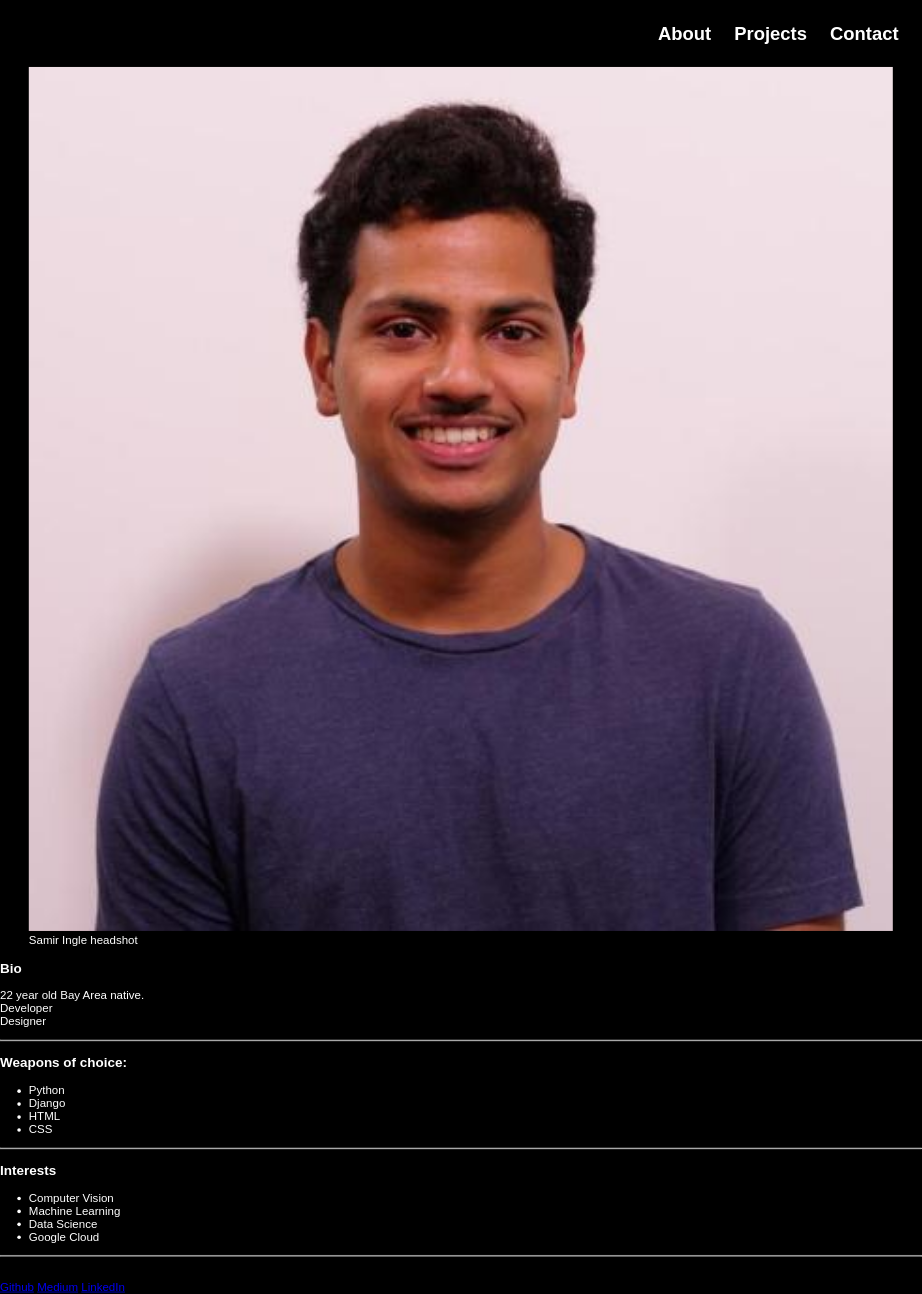
Repository: SamirIngley/html-semantic
Page: about.html
The author's editor kept a copy of each file at every save. The page is drawn from the files as they stood at one save, then again after the next save.
The browser window is 1280 px wide. The pictures show the whole page, at 72% of full size.

Above is the page before, as saved 2020-01-28 17:21:08.

### about.html
<!DOCTYPE html>
<html lang="en">
<head>
    <meta charset="UTF-8">
    <meta name="viewport" content="width=device-width, initial-scale=1.0">
    <meta http-equiv="X-UA-Compatible" content="ie=edge">
    <link href="style.css" rel="stylesheet">
    <title>Samir.</title>
</head>
<body>

</body>
</html>
<header>
    <nav>
        <ul>
            <li><a href="#">About</a></li>
            <li><a href="#">Projects</a></li>
            <li><a href="#">Contact</a></li>
            </ul>
    </nav>
</header>
<figure>
        <img src="images/prof_pic.jpeg" alt="samir-profile-pic" style="width:100%;">
        <figcaption>Samir Ingle headshot</figcaption>
    </figure>

    <article>
        <h3>Bio</h3>
        <p>
        22 year old Bay Area native.
        <br>
        Developer
        <br>
        Designer
        </p>
    </article>
    <hr>
        <section>
            <h3>Weapons of choice:</h3>
            <ul>
                <li>Python</li>
                <li>Django</li>
                <li>HTML</li>
                <li>CSS</li>
            </ul>
        </section>
        <hr>
        <section>
            <h3>Interests</h3>
            <ul>
                <li>Computer Vision</li>
                <li>Machine Learning</li>
                <li>Data Science</li>
                <li>Google Cloud</li>
            </ul>
        </section>
        <hr>
        <p>
<footer>
        <br>
        <a href="https://github.com/SamirIngley">Github</a>
        <a href="https://medium.com/@SamirIngle">Medium</a>
        <a href="https://www.linkedin.com/in/samiringle/">LinkedIn</a>
</footer>

### style.css
* {
    box-sizing: border-box;
}

body {
    margin: 0;
    background-color:black;
    color: white;
    font-family: Sans-serif;
  }

nav {
    background-color: rgba(215, 176, 251, 0);
    font-weight:bold;
  }


nav a {
    color: white;
    text-align: center;
    font-size: 2vw;
    text-decoration: none;
}
nav a:hover{
    color: lime;

}
nav a.active {
    background-color: orange;
    color: purple;
}


nav > ul {
    display: flex;
    justify-content: flex-end;
    list-style: none;
}

nav > ul > li {
    padding: 1em;
}

nav {
    padding: 0 1em;
}


<style>
body {
  margin: 0;
  font-family: Arial, Helvetica, sans-serif;
}

.topnav {
  overflow: hidden;
  background-color: #333;
}

.topnav a {
  float: left;
  color: #f2f2f2;
  text-align: center;
  padding: 14px 16px;
  text-decoration: none;
  font-size: 17px;
}

.topnav a:hover {
  background-color: #ddd;
  color: black;
}

.topnav a.active {
  background-color: #4CAF50;
  color: white;
}
</style>
</head>
<body>

After the next save:
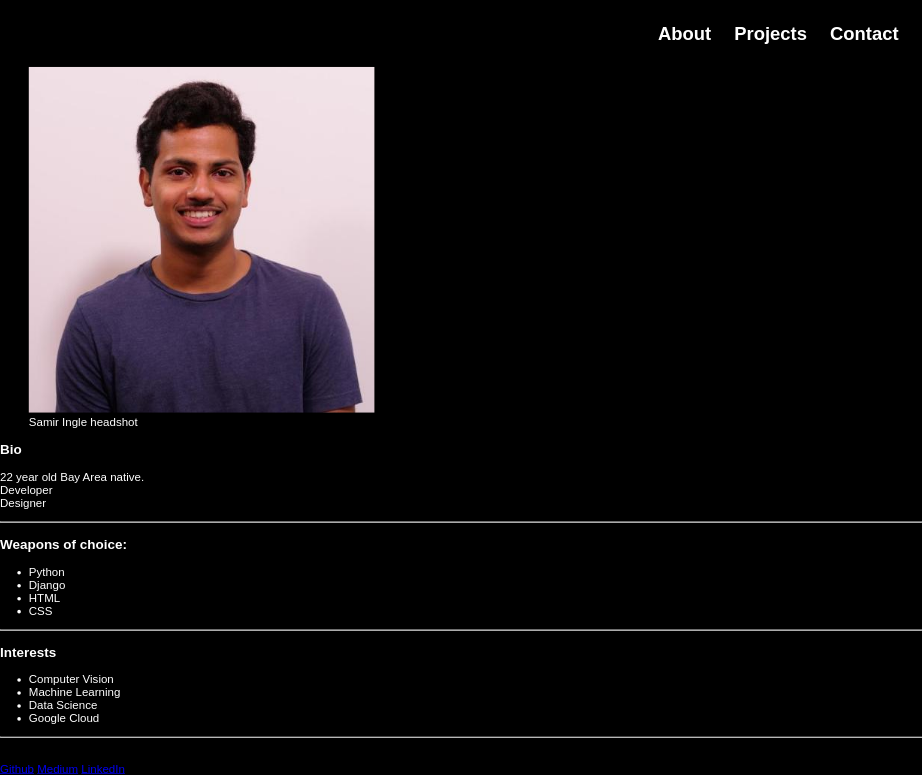
Saved 14 s later.
--- a/about.html
+++ b/about.html
@@ -21,7 +21,7 @@
     </nav>
 </header>
 <figure>
-        <img src="images/prof_pic.jpeg" alt="samir-profile-pic" style="width:100%;">
+        <img src="images/prof_pic.jpeg" alt="samir-profile-pic" style="width:40%;">
         <figcaption>Samir Ingle headshot</figcaption>
     </figure>
 
